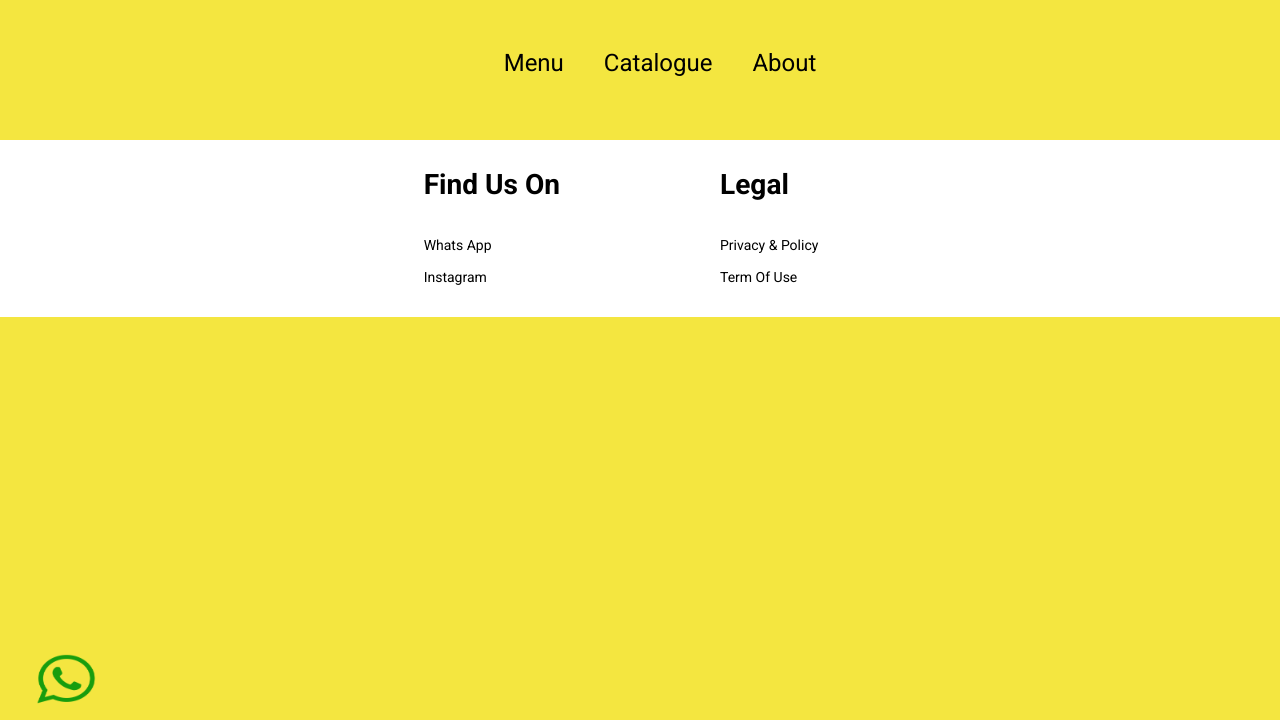
Repository: Fauzaanmhmd/Skripsi
Page: /about
The author's editor kept a copy of each file at every save. The page is drawn from the files as they stood at one save, then again after the next save.
The browser window is 1280 px wide. The pictures show the whole page.
The project was rebuilt for these pictures with package versions that can differ from the ones it lists, and the page was loaded fresh each time. The framework's server and built-in components were replaced by stand-ins that run in the browser. Also part of the build but not shown: next.config.js, components/background.js.

Above is the page before, as saved 2021-06-01 09:20:38.

After the next save:
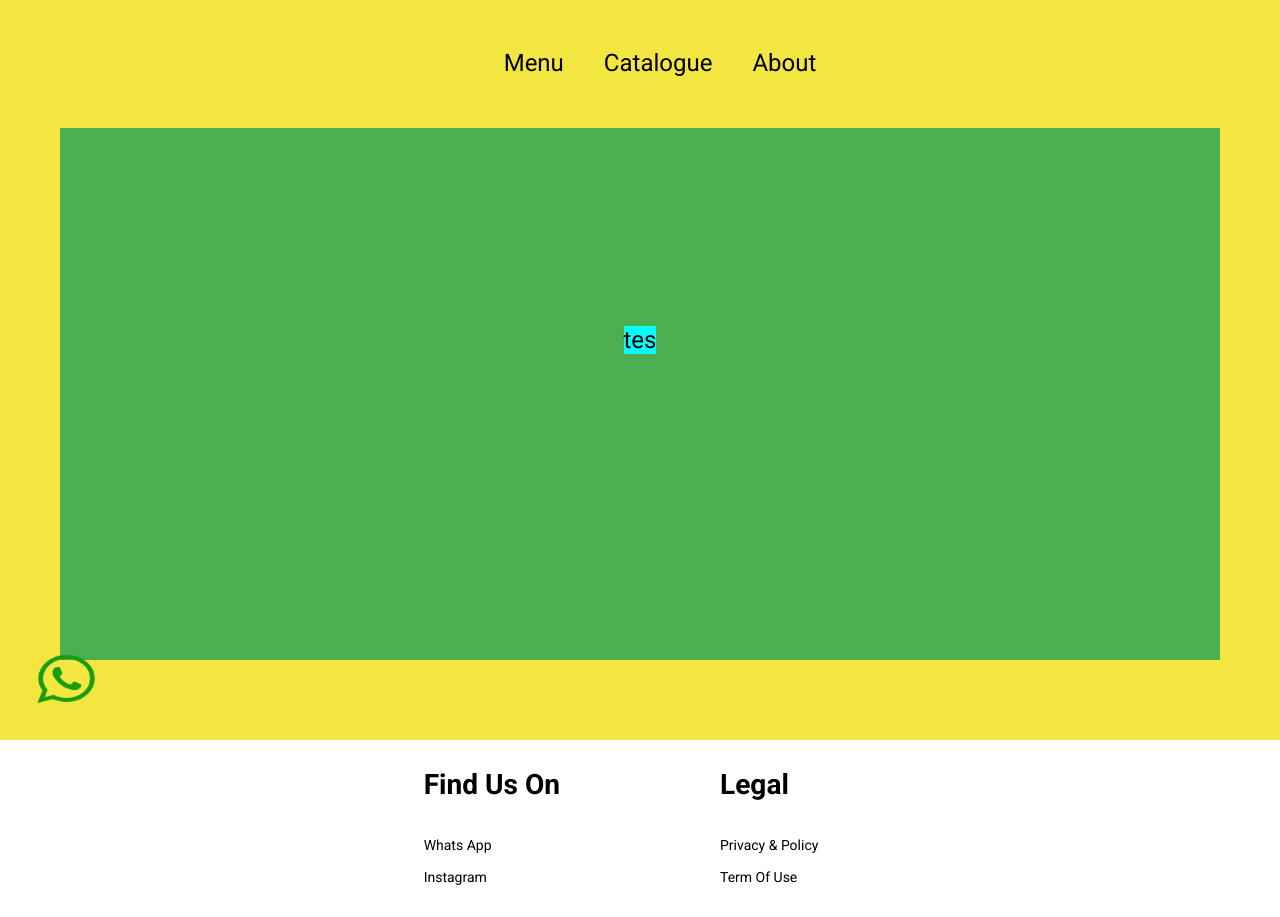
Saved 13 s later.
--- a/styles/globals.css
+++ b/styles/globals.css
@@ -470,7 +470,7 @@
   justify-content: center;
   align-items: center;
   width: 100%;
-  height: 40px;
+  height: 50vw;
   background-color: #4CAF50;
 }
 
